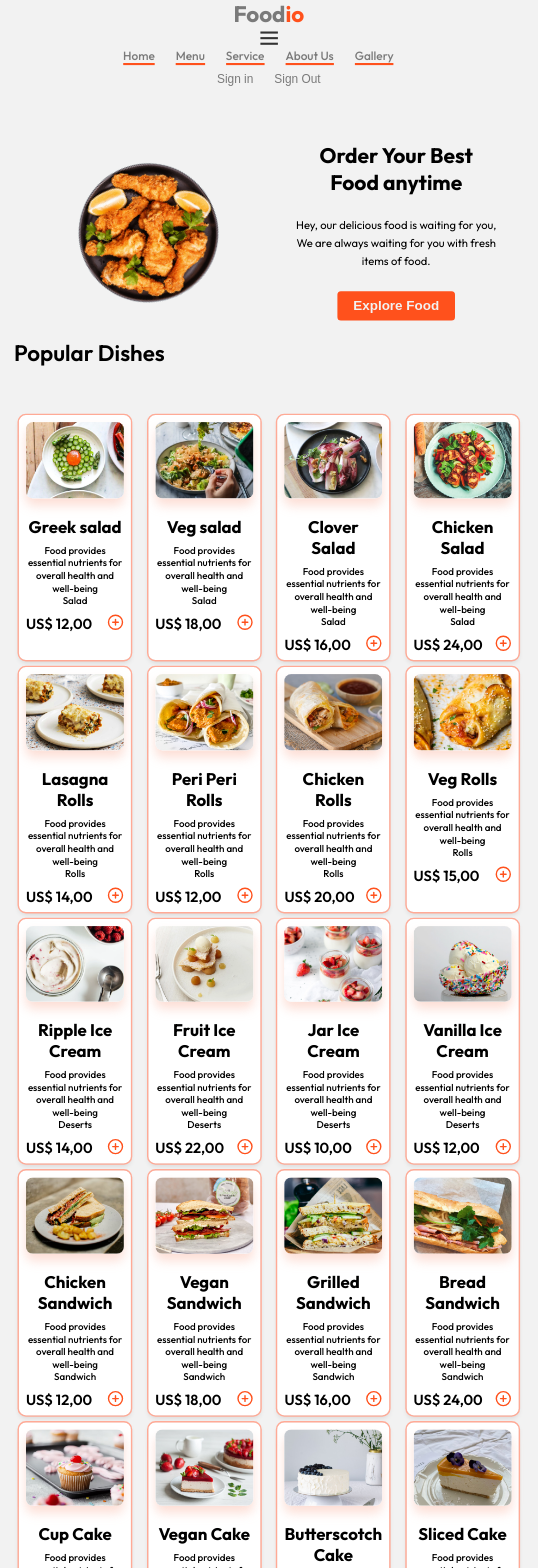
Repository: guilhermecardoso93/foodio
Page: /
An editor plug-in stored every save of this project. The page is shown before and after the next save, followed by the edit.
The browser window is 768 px wide. The pictures show the part of the page from y = 0 to 2240 px (the page is 3512 px tall before and 3483 px after), at 70% of full size.
The project was rebuilt for these pictures with package versions that can differ from the ones it lists, and the page was loaded fresh each time. Also part of the build but not shown: vite.config.js, src/index.css.

Above is the page before, as saved 2024-11-05 20:47:22.

After the next save:
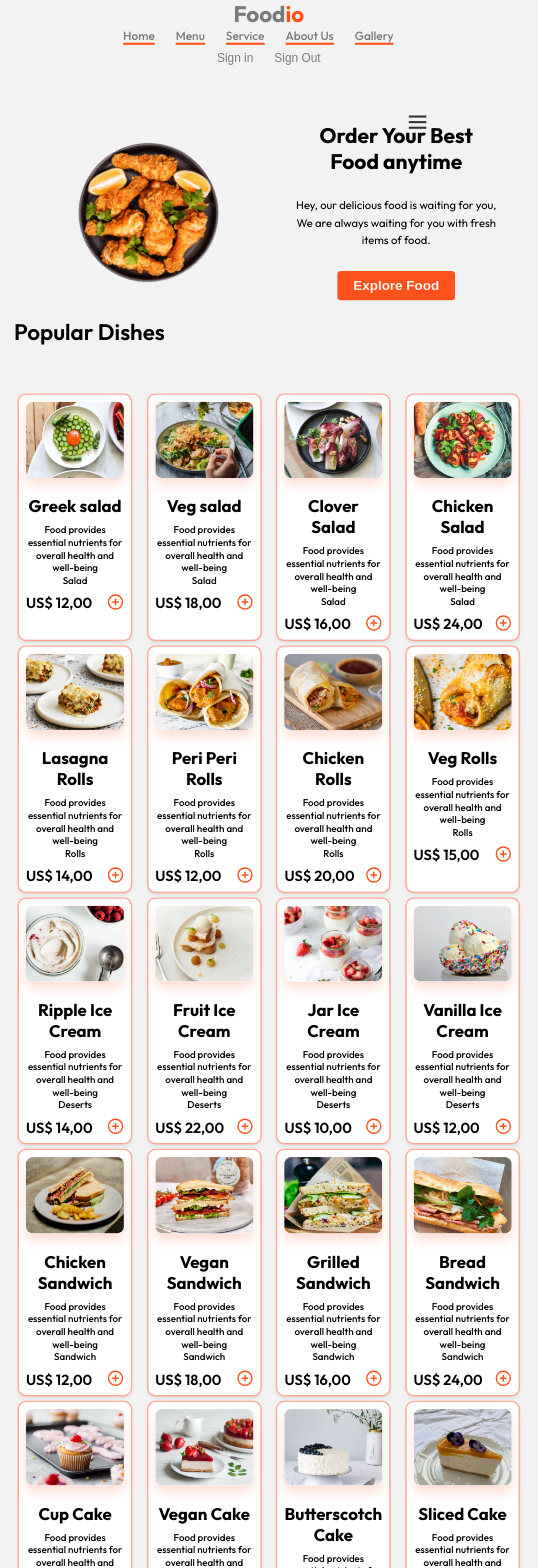
Saved 19 s later.
--- a/src/components/Menu/styles.css
+++ b/src/components/Menu/styles.css
@@ -157,6 +157,9 @@ input {
   }
 
   .hamburguer {
-  display: block;
+    display: block;
+    position: absolute;
+    top: 20%;
+    right: 20%;
   }
 }
